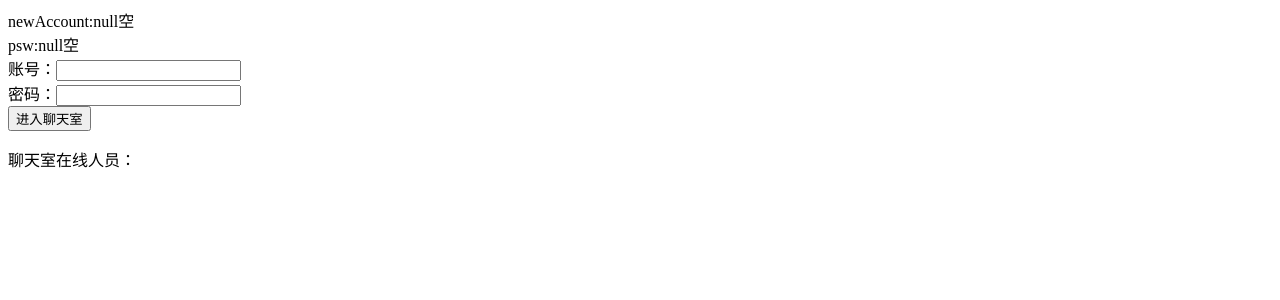
Repository: Matty-GCU/MyEclipse
Page: http://localhost/Java_Web_Learning/chapter08_JSP_built_in_Object_2/homework/8.99.3hw3.jsp
These files come from the project's save history. The page is drawn as it stood at one moment and after a run of saves; the edit follows.
The browser window is 1280 px wide. The pictures show the whole page.
The page is served by Tomcat 9.

Above is the page before, as saved 2021-10-27 15:36:46.

After the next 3 saves:
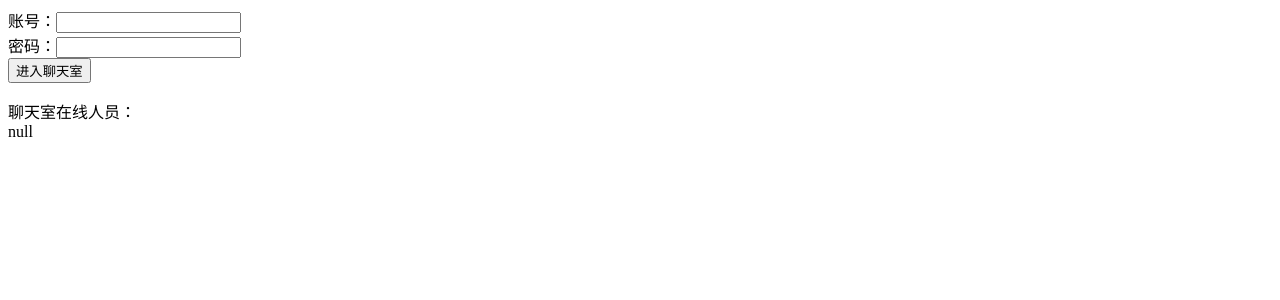
The 3 saves are shown as one change because 1 did not build or start and some came seconds apart.
The last was saved 96 s later.
--- a/Java_Web_Learning/WebRoot/chapter08_JSP_built_in_Object_2/homework/8.99.3hw3.jsp
+++ b/Java_Web_Learning/WebRoot/chapter08_JSP_built_in_Object_2/homework/8.99.3hw3.jsp
@@ -13,9 +13,7 @@
 			}
 			String newAccount = request.getParameter("newAccount");
 			String psw = request.getParameter("psw");
-			out.println("newAccount:" + newAccount + (newAccount==null ? "空" : "不空") + "<br>");
-			out.println("psw:" + psw  + (psw==null ? "空" : "不空") + "<br>");
-			if(newAccount != null && psw != null) {
+			if(! "".equals(newAccount) && ! "".equals(psw)) {
 				account.add(newAccount);
 			}
 		%>
